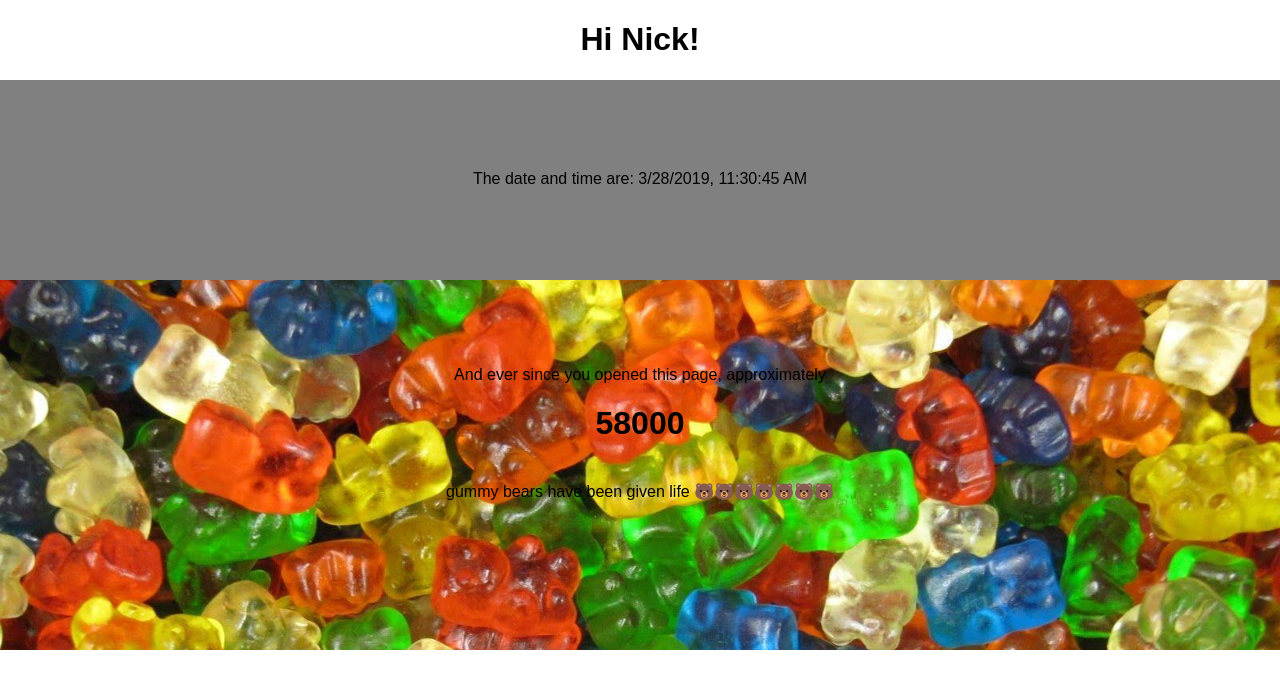
Repository: crispinonicky/gummy-facts
Page: /
The author's editor kept a copy of each file at every save. The page is drawn from the files as they stood at one save, then again after the next save.
The browser window is 1280 px wide. The pictures show the whole page.
The project was rebuilt for these pictures with package versions that can differ from the ones it lists, and the page was loaded fresh each time.

Above is the page before, as saved 2019-03-28 15:37:05.

### src/App.js
import React, { Component } from 'react';
import './App.css';
import Clock from './components/Clock';
import GummyCount from './components/GummyCount';
import Map from './components/Map';


class App extends Component {
  constructor(props){
    super(props)

    this.state = {
      name: "Nick"
    }

  }



  render() {
    return (
      <div className="App">


      <h1>
        Hi {this.state.name}!
      </h1>

        <Clock />
        <GummyCount />
        <Map />


      </div>
    );
  }
}

export default App;

### src/App.css
.App {
  text-align: center;
  margin: 0 auto;
  font-family: Arial, Helvetica, sans-serif;
}

.Clock {
  height: 200px;
  background: gray;
}

.Clock p {
  position: relative;
  top: 90px;

}

.Count {
  height: 300px;
  background: url('./images/gummy\ bears.jpg');
  background-size: cover;
  padding-top: 70px;

}

.gray-box{
  background-color: rgba(0, 0, 0, 0.8);
  height: 200px;
  width: 400px;
}

/* #googleMap {
  height: 300px;
  width: 400px;
} */

### src/components/Clock.js
import React, { Component } from "react";
import "../App.css";

let time = new Date().toLocaleString();

class Clock extends React.Component {
  constructor(props) {

    super(props)
    this.state = {
      time: new Date().toLocaleString(),
    };
  }

  componentDidMount() {
    this.intervalID = setInterval(
      () => this.tick(),
      1000
    )
  }

  componentWillUnmount() {
    clearInterval(this.intervalID);
  }

  tick() {
    this.setState({
      time: new Date().toLocaleString()
    });
  }

  render() {
    return (
      <div className = "Clock">
      <p>
        The date and time are: {this.state.time}
      </p>
      </div>
    );
  }
}

console.log(typeof time)


export default Clock;

### src/components/GummyCount.js
const React = require('react')

class GummyCount extends React.Component {
  constructor(props) {
    super(props);
    this.state = {
      seconds: 0,
    };
  }

  tick() {
    this.setState(state => ({
      seconds: state.seconds + 1
    }));
  }

  componentDidMount() {
    this.interval = setInterval(() => this.tick(), 10);
  }

  componentWillUnmount() {
    clearInterval(this.interval);
  }

  render() {

    return (
<div>
      <div className = "Count">
        <p>
        And ever since you opened this page, approximately
        <br/>
        <h1>{this.state.seconds * 116}</h1>
        <br/>
        gummy bears have been given life 🐻🐻🐻🐻🐻🐻🐻
        </p>
      </div>
      </div>
    );
  }
}

export default GummyCount;

### src/components/Map.js
import React, { Component } from 'react';
import '../App.css';

// my map: https://maps.googleapis.com/maps/api/js?key=AIzaSyCrbuDGnqcHSG6nK1oo2PyiiXvsyWLZelo&callback=myMap

class Map extends React.Component {
  constructor(props){
    super(props)

    this.state = {
      name: "Nick"
    }

  }



  render() {
    return (
      <div className="Map">

<div id="googleMap">

</div>



      </div>
    );
  }
}

export default Map;

Loaded but not shown: public/index.html (common file); src/index.js (common file); src/index.css (common file); src/serviceWorker.js (common file)

After the next save:
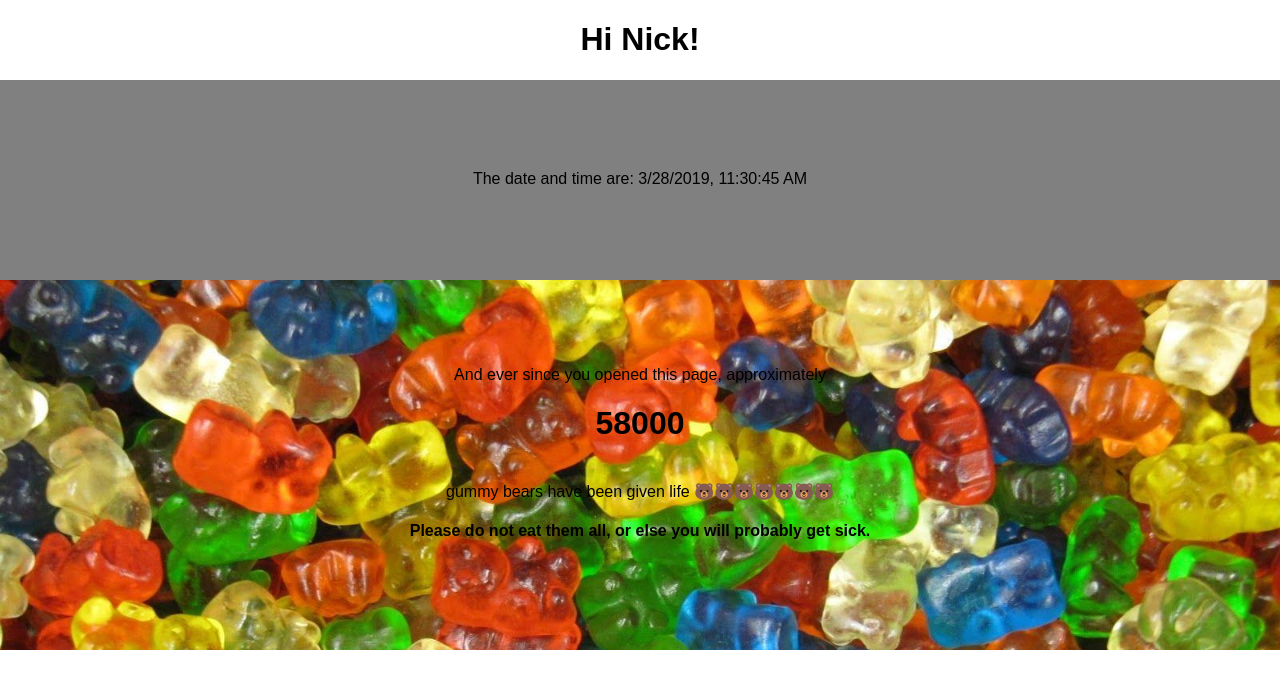
Saved 3 min 31 s later.
--- a/src/components/GummyCount.js
+++ b/src/components/GummyCount.js
@@ -34,6 +34,9 @@ class GummyCount extends React.Component {
         <br/>
         gummy bears have been given life 🐻🐻🐻🐻🐻🐻🐻
         </p>
+        <h4>
+          Please do not eat them all, or else you will probably get sick.
+        </h4>
       </div>
       </div>
     );
